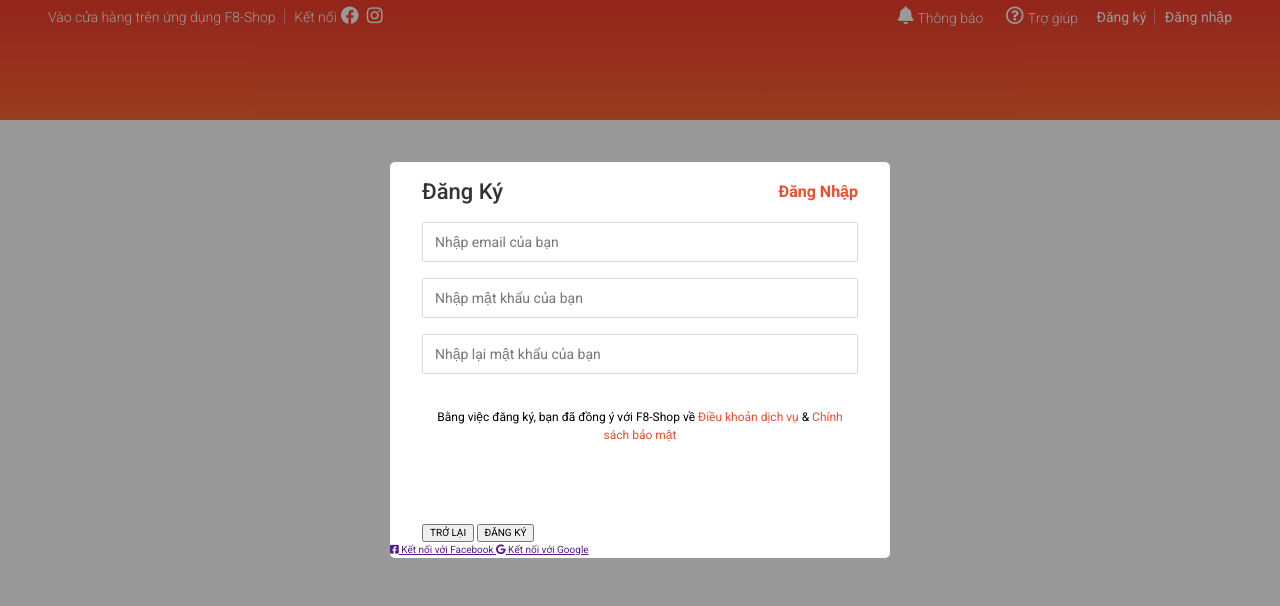
Repository: huynhnhan112/Shopee_Homepage
Page: index.html
The author's editor kept a copy of each file at every save. The page is drawn from the files as they stood at one save, then again after the next save.
The browser window is 1280 px wide. The pictures show the whole page.

Above is the page before, as saved 2021-11-19 14:29:38.

After the next save:
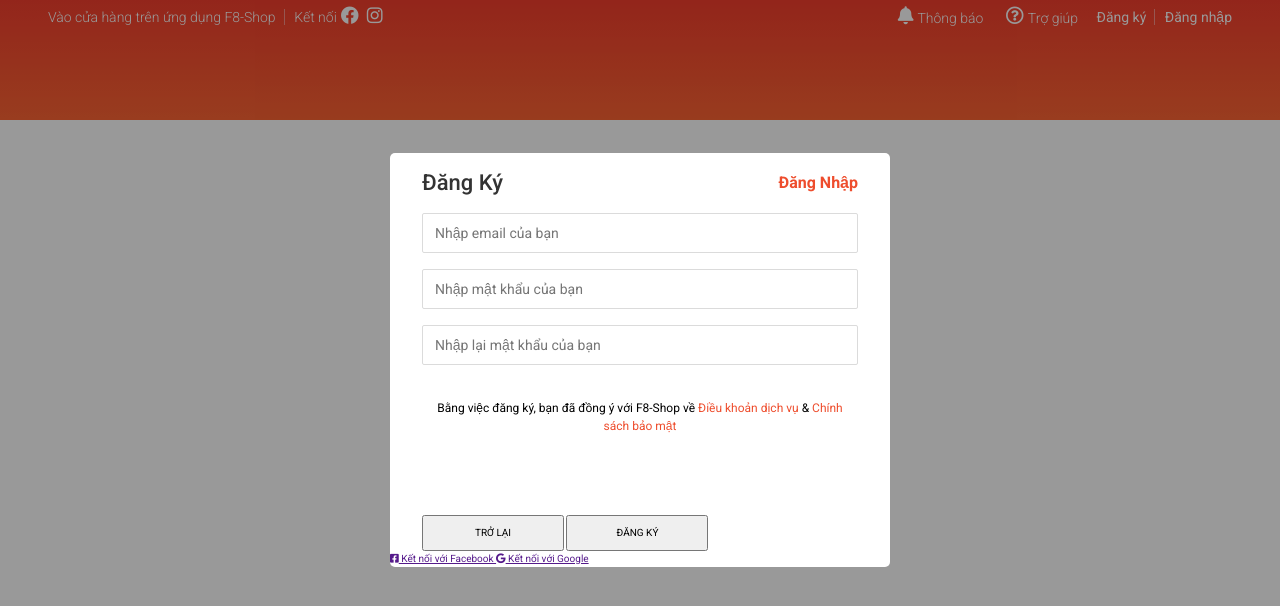
Saved 84 s later.
--- a/assets/css/base.css
+++ b/assets/css/base.css
@@ -65,3 +65,9 @@
     z-index: 1;
     border-radius: 5px;
 }
+
+/* Button style */
+.btn{
+    min-width: 142px;
+    min-height: 36px;
+}
